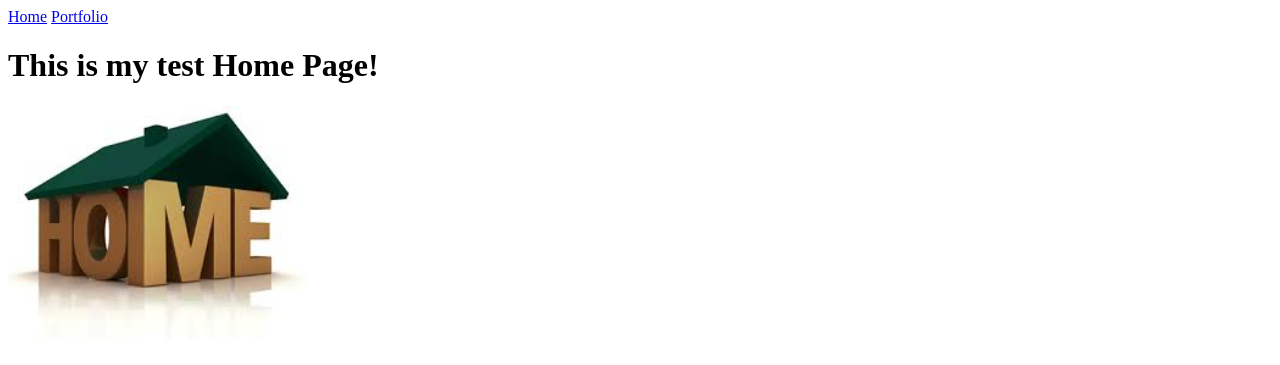
Repository: Smeef14/Smeef14.github.io
Page: my_website/index.html
The author's editor kept a record of every edit. The page is drawn from the files as they stood at one moment, then again after the next edit.
The browser window is 1280 px wide. The pictures show the whole page.

Above is the page before.

### my_website/index.html
<!doctype html>
<html lang="en">
  <head>
    <meta charset="utf-8">
    <title>Home</title>
  </head>
  <body>
    <a href="index.html">Home</a>
    <a href="portfolio.html">Portfolio</a>
    <h1>This is my test Home Page!</h1>
    <img src="images/home.jpg" height="250">
  </body>
</html>

After the next edit:
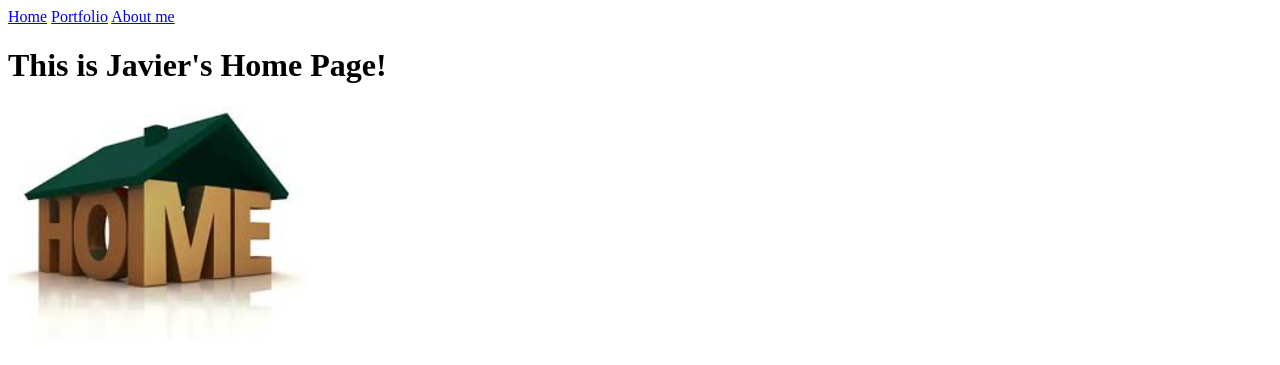
The edit:
--- a/my_website/index.html
+++ b/my_website/index.html
@@ -7,7 +7,8 @@
   <body>
     <a href="index.html">Home</a>
     <a href="portfolio.html">Portfolio</a>
-    <h1>This is my test Home Page!</h1>
+     <a href="about me.html">About me</a>
+    <h1>This is Javier's Home Page!</h1>
     <img src="images/home.jpg" height="250">
   </body>
 </html>
